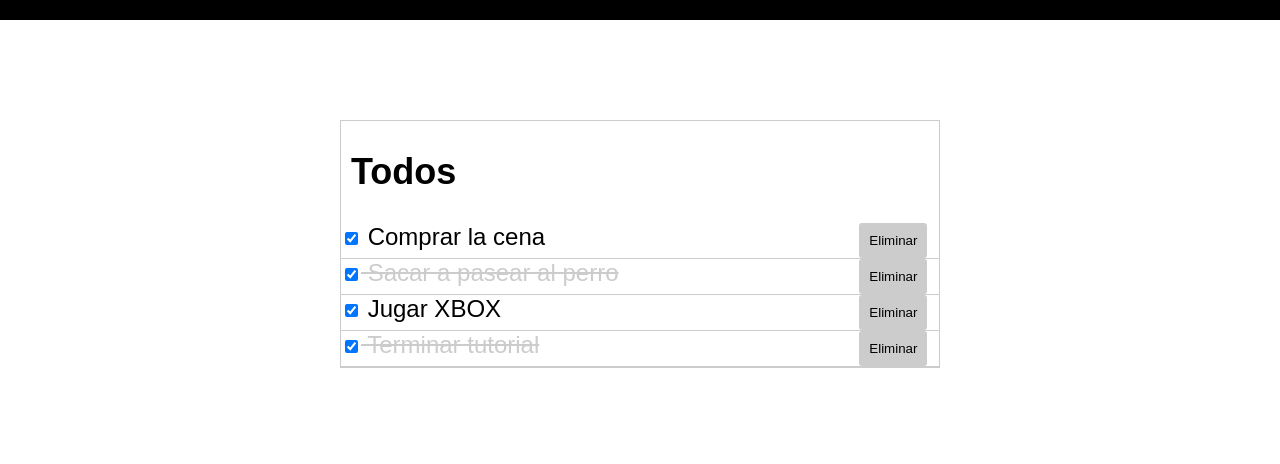
Repository: MauriVaz/Primer-app-con-Vue
Page: /
These files come from the project's save history. The page is drawn as it stood at one moment and after the next save; the edit follows.
The browser window is 1280 px wide. The pictures show the whole page.
The project was rebuilt for these pictures with package versions that can differ from the ones it lists, and the page was loaded fresh each time. Also part of the build but not shown: vue.config.js.

Above is the page before, as saved 2022-12-13 04:34:51.

### public/index.html
<!DOCTYPE html>
<html lang="">
  <head>
    <meta charset="utf-8">
    <meta http-equiv="X-UA-Compatible" content="IE=edge">
    <meta name="viewport" content="width=device-width,initial-scale=1.0">
    <link rel="icon" href="<%= BASE_URL %>favicon.ico">
    <title><%= htmlWebpackPlugin.options.title %></title>
  </head>
  <body>
    <noscript>
      <strong>Por favor activa Javascript</strong>
    </noscript>
    <div id="app"></div>
    <!-- built files will be auto injected -->
  </body>
</html>

### src/App.vue
<template>
  <div id="header"></div>
  <div id="main-container">
    <h2>Todos</h2>
    <Todos v-bind:todoslist="copyTodos" v-on:delete-todo="deleteTodo"/>
  </div>
</template>

<script>
// import HelloWorld from './components/HelloWorld.vue'
// import Search from './components/Search.vue';
import TodoAdd from "./components/TodoAdd.vue"
import Todos from './components/Todos';

export default {
  name: 'App',
  components: {
    Todos,TodoAdd
  },methods:{
    deleteTodo(id){
      this.todos=this.todos.filter(todo=>todo.id != id);
      this.copyTodos=[...this.todos]
    }
  },
  data(){
    return{
      todos:[
        {
          id:0,
          title:"Comprar la cena",
          completed:false
        },{
          id:1,
          title:"Sacar a pasear al perro",
          completed:true
        },{
          id:2,
          title:"Jugar XBOX",
          completed:false
        },
        {
          id:3,
          title:"Terminar tutorial",
          completed:true
        }
      ],
      copyTodos:[]
    }
  },
  created(){
    this.copyTodos=[...this.todos]
  }
}
</script>

<style>
*{
  box-sizing: border-box;
}

body{
  font-family: Arial, Helvetica, sans-serif;
  font-size: 1.5em;
  padding: 0;
  margin: 0;
 }
 #main-container{
   border: solid 1px #ccc;
   width: 600px;
   margin: 100px auto;
  }
  #header{
  background:black;
  padding: 10px;
}
h2{
   padding: 0 10px;
 }

</style>

### src/components/Todos.vue
<template>
    <div class="container">
        <div v-bind:key="todo.id" v-for="todo in todoslist">
            <TodoItem v-bind:todo="todo"  v-on:delete-todo="$emit('delete-todo',todo.id)" />
        </div>
    </div>
</template>

<script>
import TodoItem from './TodoItem.vue';

export default{
    // eslint-disable-next-line vue/multi-word-component-names
    name: "Todos",
    props: ["todoslist"],
    components: { TodoItem }
}
</script>

<style>
</style>

### src/components/TodoItem.vue
<template>
    <div class="todo" v-bind:class="{completed:todo.completed}" >
        <div v-bind:class="{completed:todo.completed}" class="todo-body">
            <input type="checkbox"
            v-bind:checked="todo.completed ? 'checked' : ''"
            v-on:change="checkTodo" />
            {{todo.title}}
        </div>
        <div class="todo-actions">
            <button @click="$emit('delete-todo',todo.id)" >Eliminar</button>
        </div>
    </div>
</template>

<script>
    export default {
        name:"TodoItem",
        props:['todo'],
        methods: {
            checkTodo(){
                // eslint-disable-next-line vue/no-mutating-props
                this.todo.completed = !this.todo.completed
        }
    }
}
</script>

<style scoped>
    .todo{
        border-bottom:solid 1px #ccc
    }

    .todo:not(.completed):hover{
        background-color: #eee;
    }

    .completed{
        color:#ccc;
        text-decoration: line-through;
    }

    .completed .todo-body{
        text-decoration: line-through;
    }

    .todo-body, .todo-actions{
        display: inline-block;
        vertical-align: top;
    }

    .todo-body{
        width: 85%;
    }

    .todo-actions{
        padding: 0 10px;
        width: 10%;
    }

    button{
        border: none;
        border-radius: 3px;
        padding: 10px;
        background-color: #ccc;
        color:black
    }

    button:hover{
        background-color: #da2020;
        color:white
    }


</style>

### src/components/TodoAdd.vue
<template>
    <div id="add-container" >
        <form>
            <input type="text" />
        </form>
    </div>
</template>

<script>

export default {
    name:'TodoAdd'
}
</script>

<style scoped>
#add-container{
    padding: 10px;
}
input{
    padding:10px;
    outline:none;
    border:solid 1px #ccc;
    width:100%;
}
</style>

Loaded but not shown: src/main.js (common file)

After the next save:
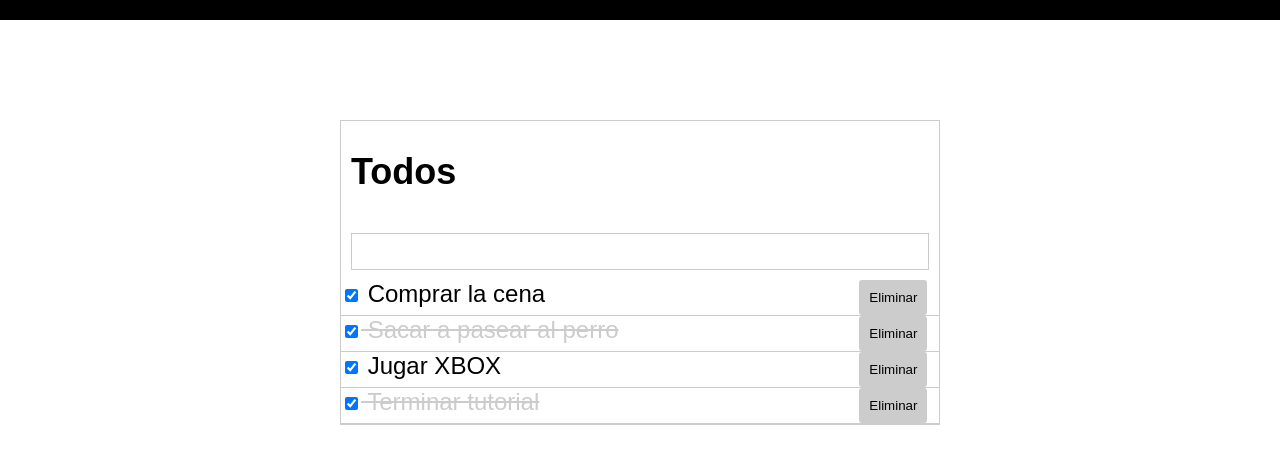
Saved 29 s later.
--- a/src/App.vue
+++ b/src/App.vue
@@ -2,6 +2,7 @@
   <div id="header"></div>
   <div id="main-container">
     <h2>Todos</h2>
+    <TodoAdd/>
     <Todos v-bind:todoslist="copyTodos" v-on:delete-todo="deleteTodo"/>
   </div>
 </template>
